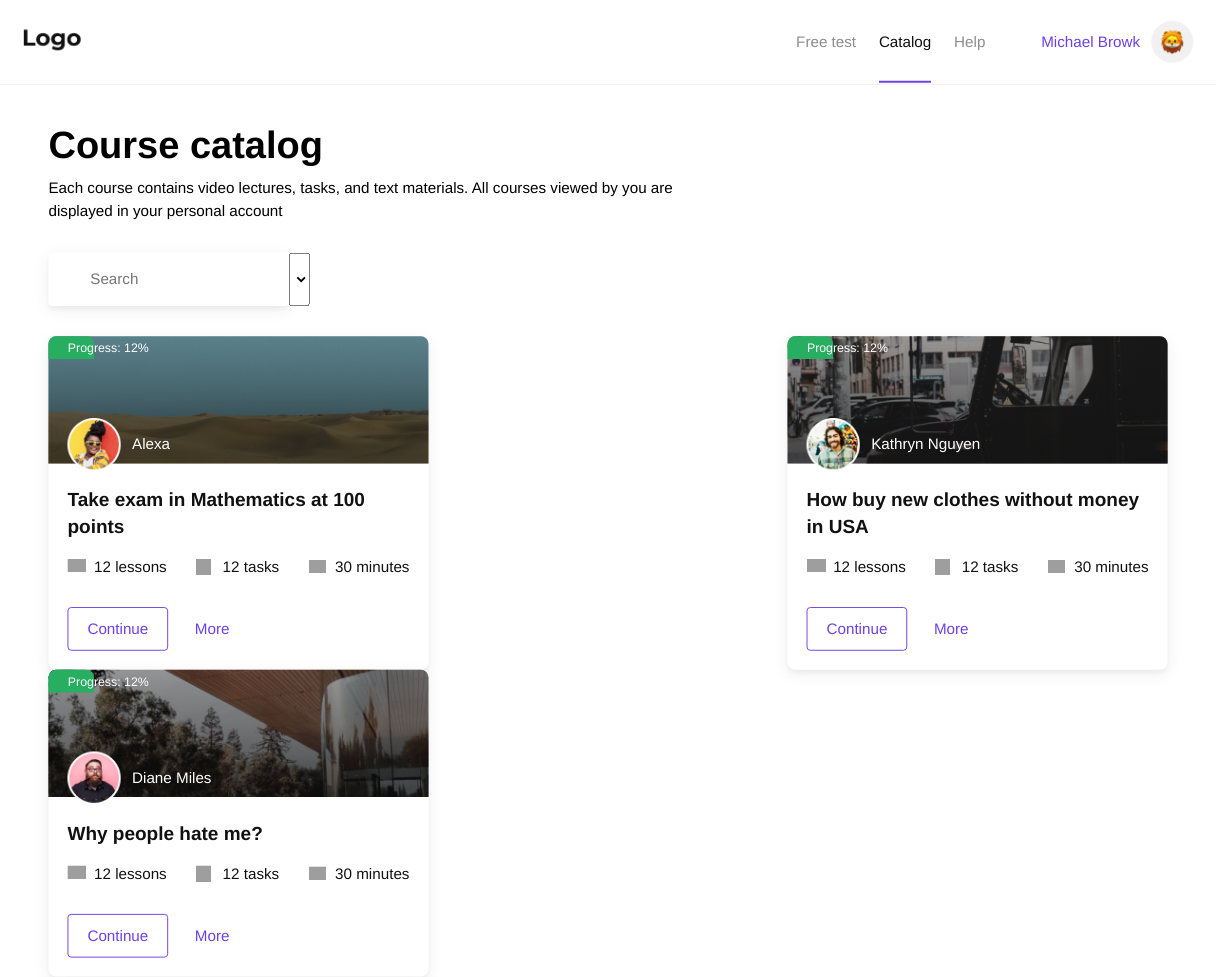
Repository: skydevil1604/vue-test-app
Page: /#/main-page
The author's editor kept a copy of each file at every save. The page is drawn from the files as they stood at one save, then again after the next save.
The browser window is 1280 px wide. The pictures show the whole page, at 95% of full size.
Pictures or frames that could not be fetched are drawn as grey boxes. The project was rebuilt for these pictures with package versions that can differ from the ones it lists, and the page was loaded fresh each time. Also part of the build but not shown: src/components/Tabs.vue, src/components/Tab.vue, src/components/Login.vue, src/components/Registration.vue, src/components/AuthenticationForm.vue.

Above is the page before, as saved 2020-04-07 01:34:43.

After the next save:
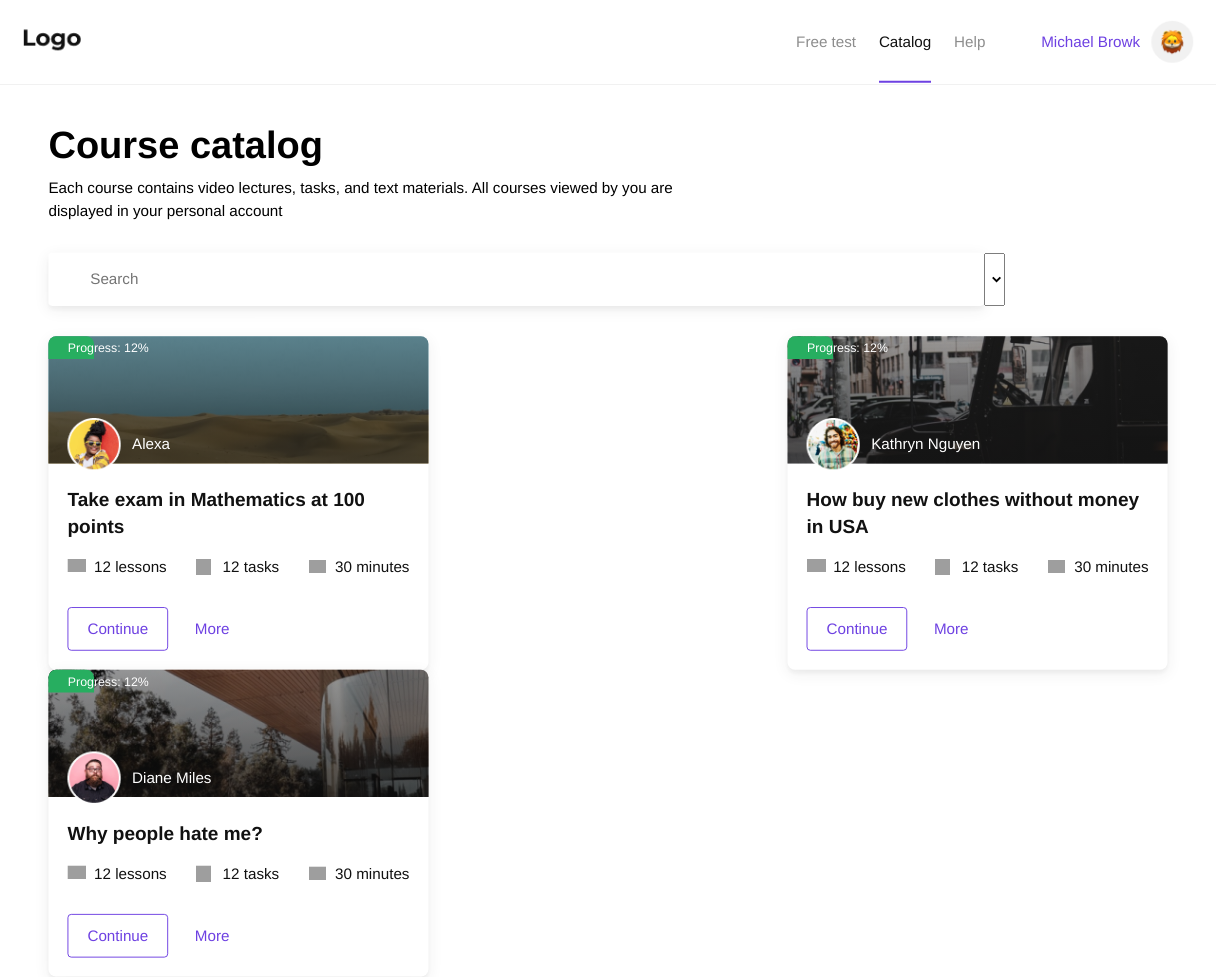
Saved 98 s later.
--- a/src/components/MainPage.vue
+++ b/src/components/MainPage.vue
@@ -235,6 +235,8 @@ export default {
         font-weight: normal;
         font-size: 16px;
         line-height: 24px;
+        max-width: 985px;
+        width: 100%;
     }
 
     .main-content {
